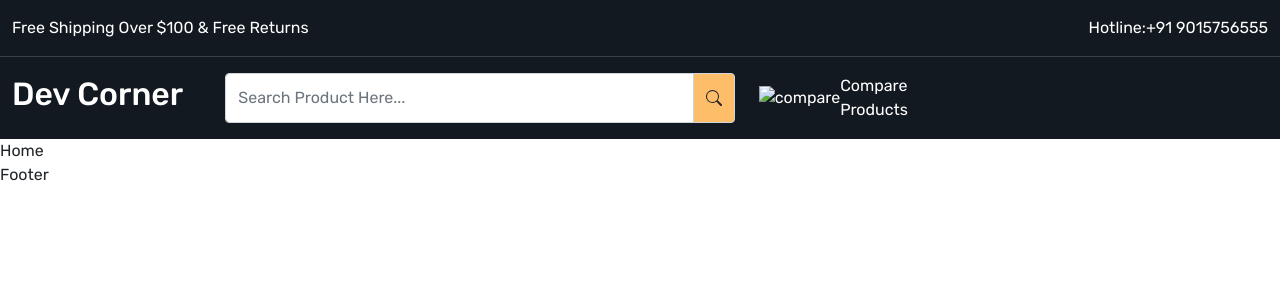
Repository: anamikatomar21/demo
Page: /
These files come from the project's save history. The page is drawn as it stood at one moment and after the next save; the edit follows.
The browser window is 1280 px wide. The pictures show the whole page.
The project was rebuilt for these pictures with package versions that can differ from the ones it lists, and the page was loaded fresh each time. Also part of the build but not shown: src/pages/About.js, src/pages/Contact.js.

Above is the page before, as saved 2023-05-13 15:59:14.

### public/index.html
<!DOCTYPE html>
<html lang="en">
  <head>
    <meta charset="utf-8" />
    <link rel="icon" href="%PUBLIC_URL%/favicon.ico" />
    <meta name="viewport" content="width=device-width, initial-scale=1" />
    <meta name="theme-color" content="#000000" />
    <meta
      name="description"
      content="Web site created using create-react-app"
    />
    <link rel="apple-touch-icon" href="%PUBLIC_URL%/logo192.png" />
    <link
      href="https://cdn.jsdelivr.net/npm/bootstrap@5.0.2/dist/css/bootstrap.min.css"
      rel="stylesheet"
      integrity="sha384-EVSTQN3/azprG1Anm3QDgpJLIm9Nao0Yz1ztcQTwFspd3yD65VohhpuuCOmLASjC"
      crossorigin="anonymous"
    />
    <link rel="manifest" href="%PUBLIC_URL%/manifest.json" />
    <link rel="preconnect" href="https://fonts.googleapis.com" />
    <link rel="preconnect" href="https://fonts.gstatic.com" crossorigin />
    <link
      href="https://fonts.googleapis.com/css2?family=Rubik:ital,wght@0,300;0,400;0,500;0,800;1,600&display=swap"
      rel="stylesheet"
    />
    <title>Ecommerce App</title>
  </head>
  <body>
    <noscript>You need to enable JavaScript to run this app.</noscript>
    <div id="root"></div>
    <script
      src="https://cdn.jsdelivr.net/npm/bootstrap@5.0.2/dist/js/bootstrap.bundle.min.js"
      integrity="sha384-MrcW6ZMFYlzcLA8Nl+NtUVF0sA7MsXsP1UyJoMp4YLEuNSfAP+JcXn/tWtIaxVXM"
      crossorigin="anonymous"
    ></script>
  </body>
</html>

### src/App.js
import React from "react";
import { BrowserRouter, Routes, Route } from "react-router-dom";
import "./App.css";
import Layout from "./components/Layout";
import Home from "./pages/Home";
import About from "./pages/About";
import Contact from "./pages/Contact";

function App() {
  return (
    <>
      <BrowserRouter>
        <Routes>
          <Route path="/" element={<Layout />}>
            <Route index element={<Home />} />
            <Route path="about" element={<About />} />
            <Route path="contact" element={<Contact />} />
          </Route>
        </Routes>
      </BrowserRouter>
    </>
  );
}

export default App;

### src/App.css
* {
  margin: 0;
  padding: 0;
  box-sizing: border-box;
}

:root {
  --color-131921: #131921;
  --color-3b4149: #3b4149;
  --color-febd69: #febd69;
}
body {
  font-family: "Rubik", sans-serif;
}

a {
  text-decoration: none;
  display: inline-block;
}
.form-control:focus {
  border-color: inherit;
  box-shadow: none;
}
/* Header Part */

.header-top-strip {
  background-color: var(--color-131921);
  border-bottom: 1px solid var(--color-3b4149);
}

.header-upper {
  background-color: var(--color-131921);
}

.header-upper .input-group-text {
  background-color: var(--color-febd69);
}
/* Header Part End Here*/

### src/components/Layout.js
import React from "react";
import { Outlet } from "react-router-dom";
import Footer from "./Footer";
import Header from "./Header";

const Layout = () => {
  return (
    <>
      <Header />
      <Outlet />
      <Footer />
    </>
  );
};

export default Layout;

### src/components/Header.js
import React from "react";
import { NavLink, Link } from "react-router-dom";
import { BsSearch } from "react-icons/bs";

const Header = () => {
  return (
    <>
      <header className="header-top-strip py-3">
        <div className="container-xxl">
          <div className="row">
            <div className="col-6">
              <p className="text-white mb-0">
                Free Shipping Over $100 & Free Returns
              </p>
            </div>
            <div className="col-6">
              <p className="text-end text-white mb-0">
                Hotline:
                <a href="tel:+91 9015756555" className="text-white">
                  +91 9015756555
                </a>
              </p>
            </div>
          </div>
        </div>
      </header>

      <header className="header-upper py-3">
        <div className="container-xxl">
          <div className="row align-items-center">
            <div className="col-2">
              <h2>
                <Link className="text-white">Dev Corner</Link>
              </h2>
            </div>
            <div className="col-5">
              <div className="input-group ">
                <input
                  type="text"
                  className="form-control py-2"
                  placeholder="Search Product Here..."
                  aria-label="Search Product Here..."
                  aria-describedby="basic-addon2"
                />
                <span className="input-group-text py-3" id="basic-addon2">
                  <BsSearch className="fs-6" />
                </span>
              </div>
            </div>
            <div className="col-5">
              <div>
                <Link
                  to="/compare-product"
                  className="d-flex align-items-center gap-10 text-white"
                >
                  <img src="" alt="compare" />
                  <p className="mb-0">
                    Compare <br /> Products
                  </p>
                </Link>
              </div>
            </div>
          </div>
        </div>
      </header>
    </>
  );
};

export default Header;

Loaded but not shown: src/index.js (common file); src/pages/Home.js (common file); src/components/Footer.js (common file)

After the next save:
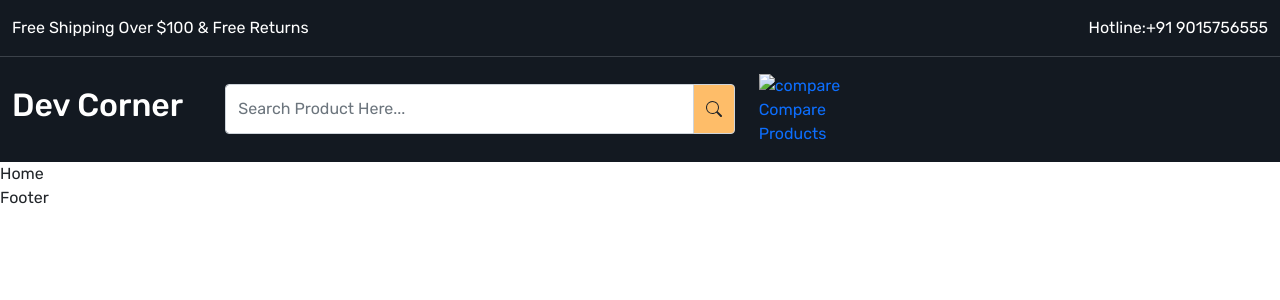
Saved 82 s later.
--- a/src/components/Header.js
+++ b/src/components/Header.js
@@ -51,7 +51,7 @@
               <div>
                 <Link
                   to="/compare-product"
-                  className="d-flex align-items-center gap-10 text-white"
+                  className=""
                 >
                   <img src="" alt="compare" />
                   <p className="mb-0">
